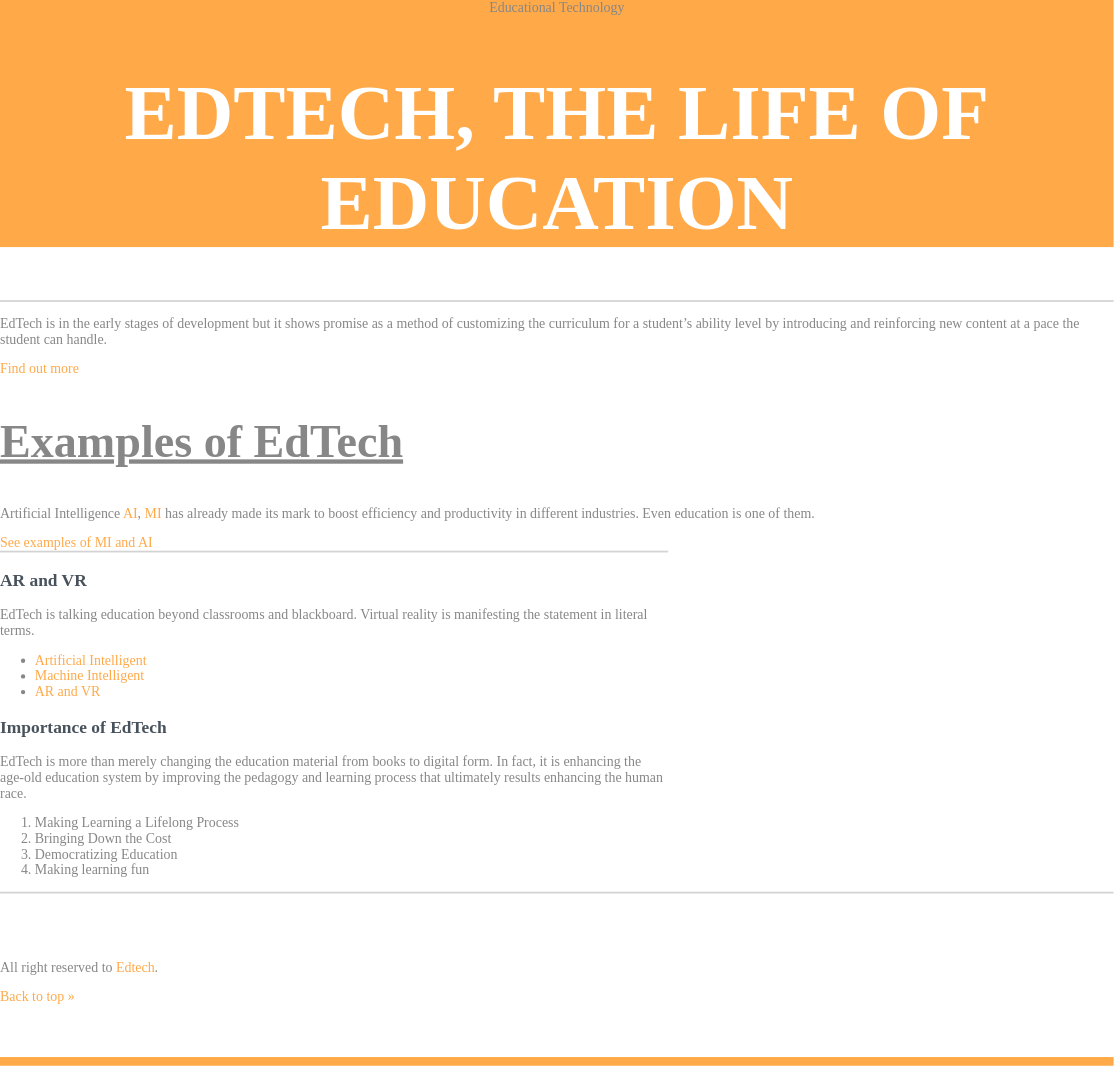
Repository: tunmishyi/edtech
Page: index.html
These files come from the project's save history. The page is drawn as it stood at one moment and after the next save; the edit follows.
The browser window is 1280 px wide. The pictures show the whole page, at 87% of full size.

Above is the page before, as saved 2020-06-09 23:25:05.

### index.html
<html>
	<head>
		<title>EdTech</title>
		<link rel="stylesheet" href="/home/peterolayinka/Documents/archive/tutorial/jumoke/css/style.css">
	</head>
	<body>
		<header id="top" class="main-header">
			<span class"title">Educational Technology</span>
			<h1>EdTech, The life of Education</h1>
		</header>

		<div class="primary-content, t-border">
			<p>
					EdTech is in the early stages of development but it shows promise as a method of customizing the curriculum for a student’s ability level by introducing and reinforcing new content at a pace the student can handle.
			</p>
			<a href="#more">Find out more</a>
			<h2>Examples of EdTech</h2>
			<p>
				Artificial Intelligence <a href="#">AI</a>, <a href="#">MI</a> has already made its mark to boost efficiency and productivity in different industries. Even education is one of them.
			</p>
			<a href="#" class="callout">See examples of MI and AI</a>
		</div>

		<div class="secondary-content t-border">
			<h3>AR and VR</h3>
				<p>
					EdTech is talking education beyond classrooms and blackboard. Virtual reality is manifesting the statement in literal terms.
				</p>
				<ul>
					<li><a href="#">Artificial Intelligent</a></li>
					<li><a href="#">Machine Intelligent</a></li>
					<li><a href="#">AR and VR</a></li>
				</ul>
				<h3>Importance of EdTech</h3>
				<p>
					EdTech is more than merely changing the education material from books to digital form. In fact, it is enhancing the age-old education system by improving the pedagogy and learning process that ultimately results enhancing the human race.
				</p>
				<ol>
					<li>Making Learning a Lifelong Process</li>
					<li>Bringing Down the Cost</li>
					<li>Democratizing Education</li>
					<li>Making learning fun</li>
				</ol>
			</div>

			<footer id="main-footer" class="t-border">
				<p>All right reserved to <a href="#">Edtech</a>.</p>
				<a href="#top">Back to top &raquo;</a>
			</footer>
	</body>
</html>

### style.css
/*Type Selectors */

body {
   color: #878787;
   margin: 0;
   font-size: 1em;
}

h1 {
    font-size: 5.625rem; /* 90px/16px */
    color: rgba(255, 255, 255, 1);
    text-transform: uppercase;
    }

    h2 {
        font-size: 3.3125em; /* 53px/16px */
        text-decoration: underline;
    }

    h3 {
        font-size: 1.25em; /* 20px/16px */
        color: #48525c;
    }

    /* Pseudo Classes-------- */

    a:link {
        color: rgb(255, 169, 73);
        text-decoration: none;
    }

    a:visited {
        color: lightblue;
    }

    a:hover {
        color: rgb(255, 169, 73, .4);
    }

    a:active {
        color: lightcoral;
    }

    /*ID Selectors */

    #main-footer {
        padding-top: 60px;
        padding-bottom: 60px;
        border-bottom: solid 10px #ffa949;
    }

    /*Class Selectors */

    .main-header {
        background-color: #ffa949;
       }

    .title {
        color: white;
        font-size: 1.625rem; /* 26px/16px  */
    }

    .primary-content,
    .secondary-content {
        width: 60%;
    }
    .primary-content,
    .main-header {
        text-align: center;
    }

    .t-border {
        border-top: 2px solid lightgrey; /* Top Border styles */
    }

After the next save:
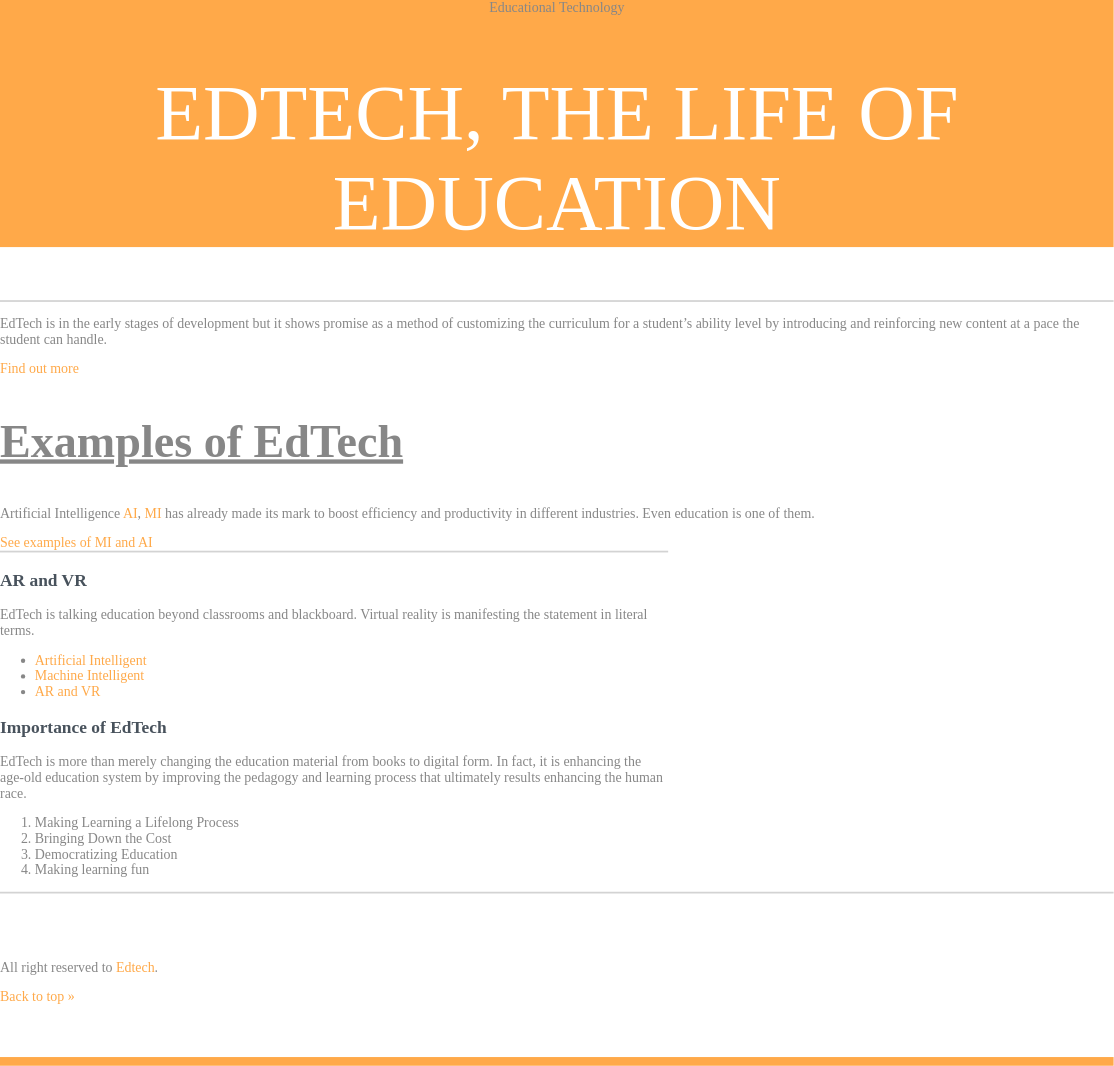
Saved 61 s later.
--- a/style.css
+++ b/style.css
@@ -10,6 +10,7 @@ h1 {
     font-size: 5.625rem; /* 90px/16px */
     color: rgba(255, 255, 255, 1);
     text-transform: uppercase;
+    font-weight: normal;
     }
 
     h2 {
